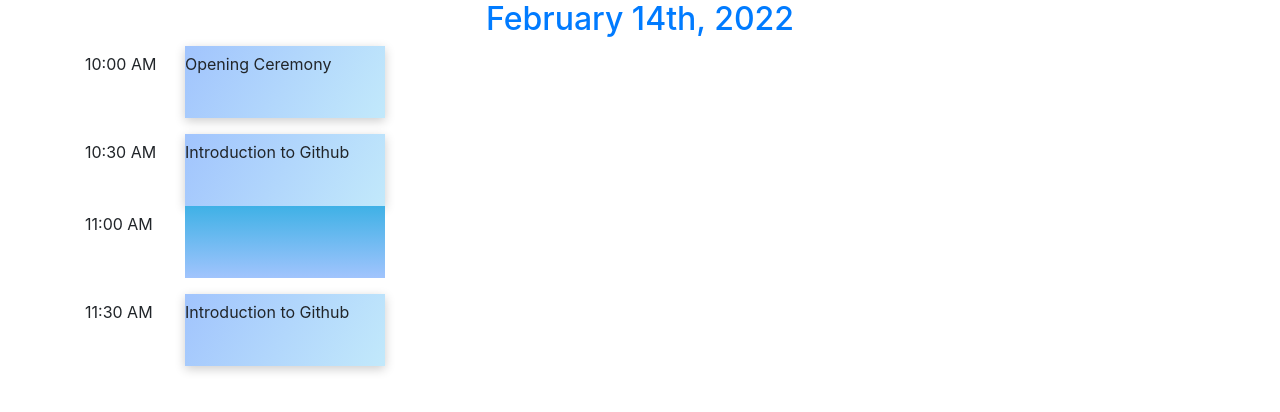
Repository: BaileyLuu/yuHacks2022
Page: public/schedule.html
An editor plug-in stored every save of this project. The page is shown before and after the next save, followed by the edit.
The browser window is 1280 px wide. The pictures show the whole page.
Some web libraries are served in a nearby version.

Above is the page before, as saved 2021-11-20 13:20:25.

### public/schedule.html
<!DOCTYPE html>
<html lang="en">

<head>
    <meta charset="UTF-8">
    <meta http-equiv="X-UA-Compatible" content="IE=edge">
    <meta name="viewport" content="width=device-width, initial-scale=1.0">

    <script src="https://ajax.googleapis.com/ajax/libs/jquery/3.5.1/jquery.min.js"></script>

    <!-- Popper JS -->
    <script src="https://cdnjs.cloudflare.com/ajax/libs/popper.js/1.12.9/umd/popper.min.js"
        integrity="sha384-ApNbgh9B+Y1QKtv3Rn7W3mgPxhU9K/ScQsAP7hUibX39j7fakFPskvXusvfa0b4Q"
        crossorigin="anonymous"></script>

    <!-- Latest compiled JavaScript -->
    <script src="https://maxcdn.bootstrapcdn.com/bootstrap/4.0.0/js/bootstrap.min.js"
        integrity="sha384-JZR6Spejh4U02d8jOt6vLEHfe/JQGiRRSQQxSfFWpi1MquVdAyjUar5+76PVCmYl"
        crossorigin="anonymous"></script>

    <!-- Latest compiled and minified CSS -->
    <link rel="stylesheet" href="https://maxcdn.bootstrapcdn.com/bootstrap/4.0.0/css/bootstrap.min.css"
        integrity="sha384-Gn5384xqQ1aoWXA+058RXPxPg6fy4IWvTNh0E263XmFcJlSAwiGgFAW/dAiS6JXm" crossorigin="anonymous">

    <!-- AOS CSS Library CDN -->
    <link href="https://unpkg.com/aos@2.3.1/dist/aos.css" rel="stylesheet">
    <!-- Bootstrap Icons -->
    <link rel="stylesheet" href="https://cdn.jsdelivr.net/npm/bootstrap-icons@1.7.0/font/bootstrap-icons.css">



    <script src="https://code.jquery.com/jquery-3.2.1.slim.min.js"
        integrity="sha384-KJ3o2DKtIkvYIK3UENzmM7KCkRr/rE9/Qpg6aAZGJwFDMVNA/GpGFF93hXpG5KkN"
        crossorigin="anonymous"></script>
    <link rel="stylesheet" href="./schedule.css">
    <script src="schedule.js"></script>
    <script src="https://ajax.googleapis.com/ajax/libs/jquery/3.3.1/jquery.min.js"></script>
    <title>yuHacks Schedule</title>
</head>

<body>
    <section class="">
        <div class="container">
            <h2 class="text-primary title text-center">February 14th, 2022</h1>

                <!-- <div class="row row-cols-2">
          <div class="col">Column</div>
          <div class="col">Column</div>
          <div class="col">Column</div>
          <div class="col">Column</div>
          <div class="col">Column</div>
          <div class="col">Column</div>

        </div>
        <div class="row row-cols-2">
            <div class="col">Column</div>
            <div class="col">Column</div>
            <div class="col">Column</div>
            <div class="col">Column</div>
            <div class="col">Column</div>
            <div class="col">Column</div>

          </div> -->
                <div class="schedule-table">



                    <div class="box schedule-time mb-3">
                        <div class="schedule-time" style="width: 100px;">10:00 AM</div>
                        <div class="session-box schedule-time">Opening Ceremony</div>

                    </div>
                    <div class="box schedule-time">
                        <div class="schedule-time" style="width: 100px;">10:30 AM</div>
                        <div class="session-box schedule-time">Introduction to Github</div>

                    </div>
                    <div class="box schedule-time mb-3">
                        <div class="schedule-time" style="width: 100px;">11:00 AM</div>
                        <div class="extra-time schedule-time"></div>

                    </div>
                    <div class="box schedule-time">
                        <div class="schedule-time" style="width: 100px;">11:30 AM</div>
                        <div class="session-box schedule-time">Introduction to Github</div>

                    </div>

                    <!-- <div class="col-md-8">
              <div>Introduction to Github</div>
              <div></div>
              <div>Introduction to Bootstrap</div>
          </div> -->

                </div>
        </div>
    </section>

    <script src="https://cdnjs.cloudflare.com/ajax/libs/jquery/3.6.0/jquery.min.js"
        integrity="sha512-894YE6QWD5I59HgZOGReFYm4dnWc1Qt5NtvYSaNcOP+u1T9qYdvdihz0PPSiiqn/+/3e7Jo4EaG7TubfWGUrMQ=="
        crossorigin="anonymous" referrerpolicy="no-referrer"></script>
    <!-- Option 1: Bootstrap Bundle with Popper -->
    <script src="https://cdn.jsdelivr.net/npm/bootstrap@5.1.3/dist/js/bootstrap.bundle.min.js"
        integrity="sha384-ka7Sk0Gln4gmtz2MlQnikT1wXgYsOg+OMhuP+IlRH9sENBO0LRn5q+8nbTov4+1p"
        crossorigin="anonymous"></script>

    <script src="https://unpkg.com/aos@2.3.1/dist/aos.js"></script>
    <script>
        AOS.init({
            offset: 500,
            duration: 800,
            once: true,
        }

        );
    </script>
</body>

</html>

### public/schedule.css
/* body {
    background-color: #141c3c;
  } */

.schedule-time{
  display:flex;
  flex-direction: column;
  width: 200px;
  height:10vh;
  box-sizing: border-box;
  z-index: 50;
  line-height: 5vh;
  flex-wrap: wrap;
}
.session-box{
  background-image: linear-gradient(120deg, #a1c4fd 0%, #c2e9fb 100%);
  box-shadow: 0 3px 10px rgb(0 0 0 / 0.2);
  position:relative;
  flex-wrap: wrap;
}
.extra-time{
  background-image: linear-gradient(180deg, #3fb1e6 0%, #a1c4fd 100%);
  /* box-shadow: 0 3px 10px rgb(0 0 0 / 0.2); */
  position:relative;
  flex-wrap: wrap;
  border:0;
}
.empty-box{
  background-image: white;
  box-shadow: 0 3px 10px rgb(0 0 0 / 0.2);
  position:relative;
  flex-wrap: wrap;
}
.schedule-table{
  display:flex;
  flex-direction:column;

}
/* .box>* {
  flex: 1 1 70px;
} */

Loaded but not shown: public/schedule.js (no copy from this time; the picture is the same without it)

After the next save:
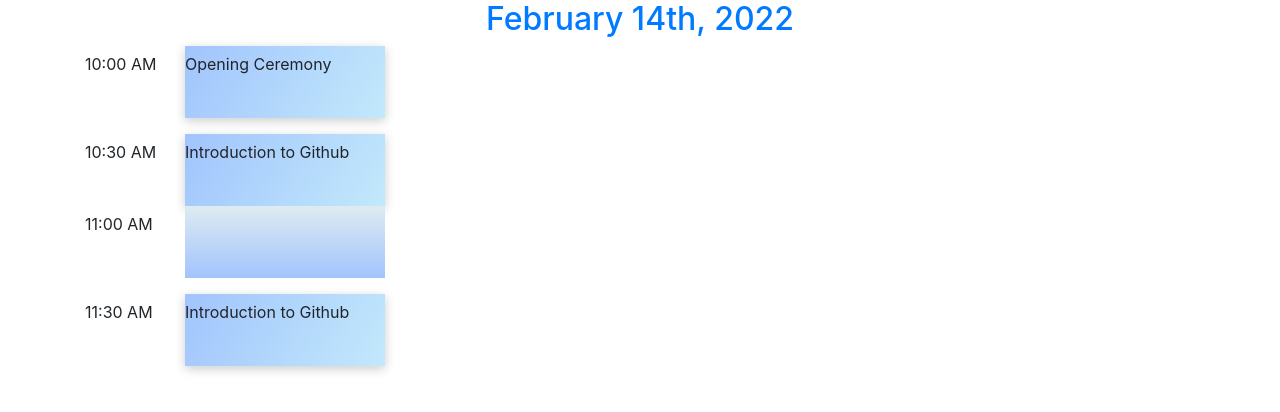
Saved 10 s later.
--- a/public/schedule.css
+++ b/public/schedule.css
@@ -19,7 +19,7 @@
   flex-wrap: wrap;
 }
 .extra-time{
-  background-image: linear-gradient(180deg, #3fb1e6 0%, #a1c4fd 100%);
+  background-image: linear-gradient(180deg, #deebf1 0%, #a1c4fd 100%);
   /* box-shadow: 0 3px 10px rgb(0 0 0 / 0.2); */
   position:relative;
   flex-wrap: wrap;
